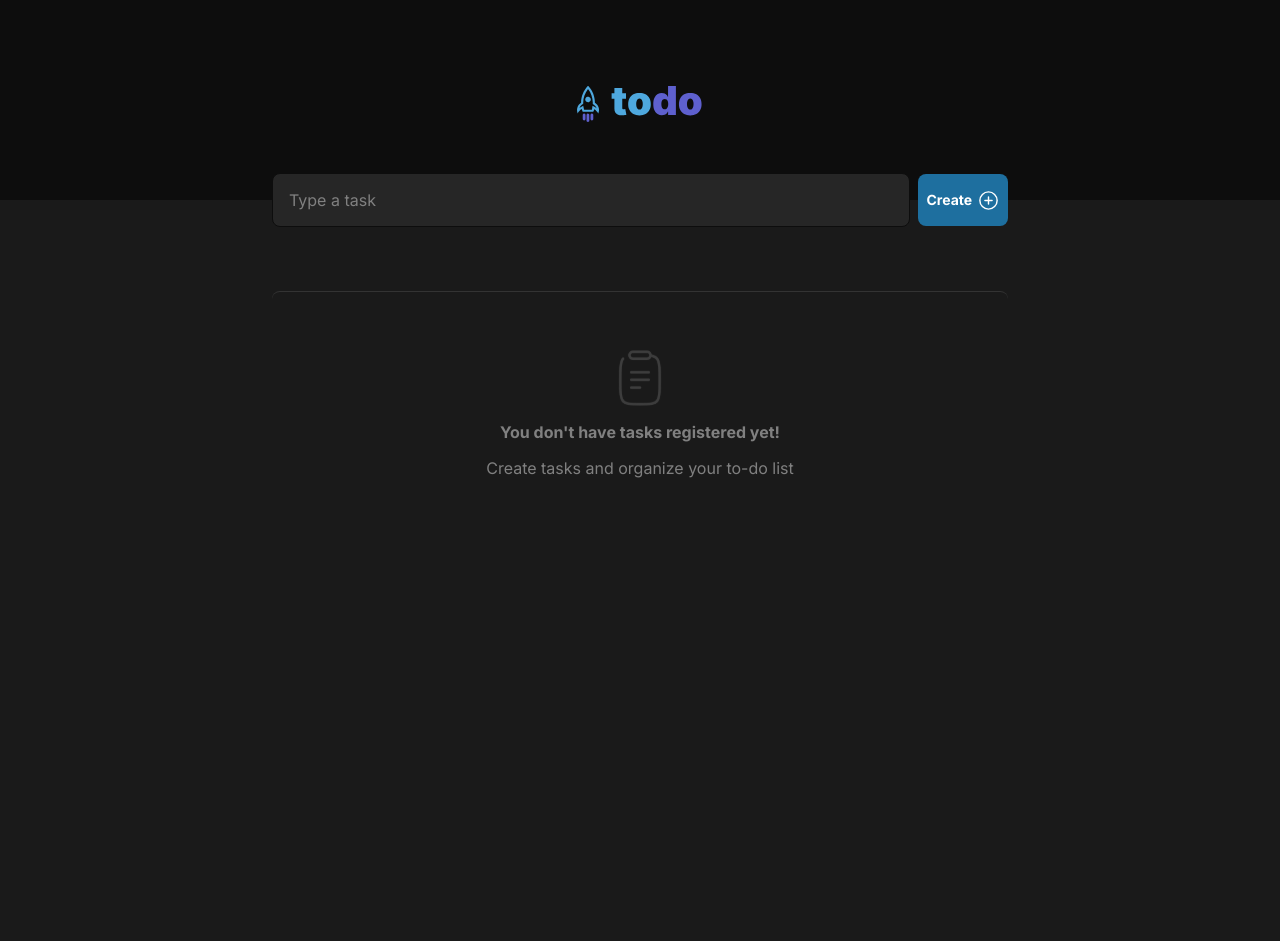
Repository: JoseGu1llardi/to-do-list-D01
Page: /
The author's editor kept a copy of each file at every save. The page is drawn from the files as they stood at one save, then again after the next save.
The browser window is 1280 px wide. The pictures show the whole page.
The project was rebuilt for these pictures with package versions that can differ from the ones it lists, and the page was loaded fresh each time. Also part of the build but not shown: vite.config.ts.

Above is the page before, as saved 2023-03-11 20:46:14.

### index.html
<!DOCTYPE html>
<html lang="en">
  <head>
    <meta charset="UTF-8" />

    <link rel="preconnect" href="https://fonts.googleapis.com" />
    <link rel="preconnect" href="https://fonts.gstatic.com" crossorigin />

    <link
      href="https://fonts.googleapis.com/css2?family=Inter:wght@400;700&display=swap"
      rel="stylesheet"
    />

    <link rel="icon" type="image/svg+xml" href="/vite.svg" />
    <meta name="viewport" content="width=device-width, initial-scale=1.0" />
    <title>Vite + React + TS</title>
  </head>
  <body>
    <div id="root"></div>
    <script type="module" src="/src/main.tsx"></script>
  </body>
</html>

### src/App.tsx
import { Header } from "./components/Header"

import styles from './App.module.css';

import "./global.css"
import { Input } from "./components/Input";
import { Button } from "./components/Button";
import { Tasks } from "./components/Tasks";

function App() {
  return (
    <>
      <Header />

      <div className={styles.newTaskContainer}>
        <Input />
        <Button />
      </div>

      <div className={styles.tasksContainer}>
        <Tasks />
      </div>
    </>
  )
}

export default App

### src/components/Header/index.tsx
import Logo from '../../assets/Logo (1).svg'

import styles from './styles.module.css';

export function Header() {
    return (
        <header className={styles.container}>
            <img src={Logo} />
        </header>
    )
}

### src/App.module.css
.newTaskContainer {
  display: flex;
  flex-direction: row;
  align-items: center;
  padding: 0px;
  gap: 8px;

  position: absolute;
  width: 46rem;
  height: 3.375rem;
  left: calc(50% - 736px / 2);
  top: 10.8125rem;
}

.tasksContainer {
  display: flex;
  flex-direction: column;
  align-items: flex-start;
  padding: 0px;
  gap: 24px;

  position: absolute;
  width: 736px;
  height: 287px;
  left: calc(50% - 736px / 2);
  top: 291px;
}

### src/global.css
:root {
  // Base
  --gray-100: #f2f2f2;
  --gray-200: #d9d9d9;
  --gray-300: #808080;
  --gray-400: #333333;
  --gray-500: #262626;
  --gray-600: #1a1a1a;
  --gray-700: #0d0d0d;

  --danger: #e25858;

  // Product
  --purple: #8284fa;
  --dark-purple: #5e60ce;
  --blue: #4ea8de;
  --dark-blue: #1e6f9f;
}

:focus {
  outline: transparent;
  box-shadow: 0 0 0 2px var(--dark-purple);
}

* {
  margin: 0;
  padding: 0;
  box-sizing: border-box;
}

body {
  color: #fff;
  background: var(--gray-600);

  width: 100%;
  height: 100%;
  max-height: 1024px;
  position: relative;
}

body,
input,
textarea,
button {
  font-family: "Inter", sans-serif;
  font-weight: 400;
  font-size: 1rem;
}

### src/components/Input/index.tsx
import styles from './styles.module.css';

export function Input() {
    return (
        <input
            type="text"
            className={styles.input}
            placeholder='Type a task'
        />
    )
}

### src/components/Button/index.tsx
import { PlusCircle } from '@phosphor-icons/react'

import styles from './styles.module.css';

export function Button() {
    return (
        <button className={styles.button}>
            <span>Create</span>
            <PlusCircle size={23} />
        </button>
    )
}

### src/components/Tasks/index.tsx
import Clipboard from '../../assets/Clipboard.svg';

import styles from './styles.module.css';

export function Tasks() {
    return (
        <>
            {/* <section className={styles.info}>

                <div className={styles.created}>
                    <span>Completed</span>
                    <div className={styles.counterCreated}>
                        <p>1</p>
                    </div>
                </div>

                <div className={styles.done}>
                    <span>Done</span>
                    <div className={styles.doneCreated}>
                        <span>0</span>
                    </div>
                </div>

            </section> */}

            <section className={styles.tasks}>
                <img src={Clipboard} alt="" />
                <strong>You don't have tasks registered yet!</strong>
                <span>Create tasks and organize your to-do list</span>
            </section>

            <section className={styles.list}>

            </section>
        </>
    )
}

### src/components/Header/styles.module.css
.container {
  position: absolute;
  height: 12.5rem;
  max-width: 100%;
  left: 0;
  right: 0;
  top: 0;

  display: flex;
  align-items: center;
  justify-content: center;

  background: var(--gray-700);
}

.container img {
  position: absolute;
  width: 7.875rem;
  height: 3rem;
}

### src/components/Input/styles.module.css
.input {
  box-sizing: border-box;

  display: flex;
  flex-direction: row;
  align-items: center;
  padding: 16px;
  gap: 8px;

  width: 638px;
  height: 54px;

  background: var(--gray-500);
  color: #fff;

  border: 1px solid var(--gray-700);
  border-radius: 8px;

  flex: none;
  order: 0;
  flex-grow: 1;
}

.input::placeholder {
  color: var(--gray-300);
}

### src/components/Button/styles.module.css
.button {
  width: 90px;
  height: 52px;

  display: flex;
  flex-direction: row;
  align-items: center;
  justify-content: center;
  gap: 16px;

  border: 0;
  border-radius: 8px;

  background: var(--dark-blue);
  color: white;

  cursor: pointer;

  transition: filter 0.2s;
}

.button span {
  width: 34px;
  height: 20px;

  font-weight: 700;
  font-size: 14px;
  line-height: 140%;

  color: var(--gray-100);

  flex: none;
  order: 0;
  flex-grow: 0;
}

.button img {
  width: 16px;
  height: 16px;

  flex: none;
  order: 1;
  flex-grow: 0;
}

.button:hover {
  background: var(--blue);
  filter: brightness(0.8);
}

### src/components/Tasks/styles.module.css
.info {
  display: flex;
  flex-direction: row;
  justify-content: space-between;
  align-items: flex-end;
  padding: 0px;

  width: 736px;
  height: 19px;

  flex: none;
  order: 0;
  align-self: stretch;
  flex-grow: 0;
}

.created {
  display: flex;
  flex-direction: row;
  align-items: center;
  padding: 0px;
  gap: 8px;

  width: 139px;
  height: 19px;

  order: 0;
  flex-grow: 0;
}

.created span {
  font-family: "Inter";
  font-style: normal;
  font-weight: 700;
  font-size: 14px;
  line-height: 17px;

  color: var(--blue);

  flex: none;
  order: 0;
  flex-grow: 0;
}

.counterCreated {
  display: flex;
  flex-direction: row;
  justify-content: center;
  align-items: center;
  padding: 2px 8px;
  gap: 10px;
  margin: 0 auto;

  width: 50px;
  height: 20px;

  background: #333333;
  border-radius: 999px;

  order: 1;
  flex-grow: 0;
}

.counterCreated p {
  display: flex;
  flex-direction: row;
  font-style: normal;
  font-weight: 700;
  font-size: 12px;
  line-height: 15px;

  color: var(--gray-200);
}

.done {
  display: flex;
  box-sizing: border-box;
  flex-direction: row;
  align-items: center;
  padding: 0px;
  gap: 8px;

  width: 111px;
  height: 19px;

  order: 1;
  flex-grow: 0;
}

.done span {
  font-family: "Inter";
  font-style: normal;
  font-weight: 700;
  font-size: 14px;
  line-height: 17px;

  color: #8284fa;

  flex: none;
  order: 0;
  flex-grow: 0;
}

.doneCreated {
  display: flex;
  flex-direction: row;
  justify-content: center;
  box-sizing: border-box;
  align-items: center;
  padding: 2px 8px;
  gap: 10px;
  margin: 0 auto;

  width: 50px;
  height: 20px;

  background: #333333;
  border-radius: 999px;

  order: 1;
  flex-grow: 0;
}

.doneCreated span {
  display: flex;
  flex-direction: row;
  font-style: normal;
  font-weight: 700;
  font-size: 12px;
  line-height: 15px;

  color: var(--gray-200);
}

.tasks {
  box-sizing: border-box;

  display: flex;
  flex-direction: column;
  justify-content: center;
  align-items: center;
  padding: 64px 24px;
  gap: 16px;

  width: 736px;
  height: 244px;

  border-top: 1px solid #333333;
  border-radius: 8px;

  flex: none;
  order: 1;
  align-self: stretch;
  flex-grow: 0;
}

.tasks img {
  width: 56px;
  height: 56px;

  flex: none;
  order: 0;
  flex-grow: 0;
}

.tasks strong {
  display: block;
  font-style: normal;
  font-weight: 700;
  font-size: 16px;

  text-align: center;

  color: var(--gray-300);

  flex: none;
  align-self: stretch;
  flex-grow: 0;
}

.tasks span {
  font-style: normal;
  font-weight: 300;
  font-size: 16px;

  color: var(--gray-300);
}

.list {
  display: flex;
  flex-direction: column;
  align-items: flex-start;
  padding: 0px;
  gap: 12px;

  width: 736px;
  height: 382px;

  /* Inside auto layout */

  flex: none;
  order: 1;
  flex-grow: 0;
}

Loaded but not shown: src/main.tsx (common file)

After the next save:
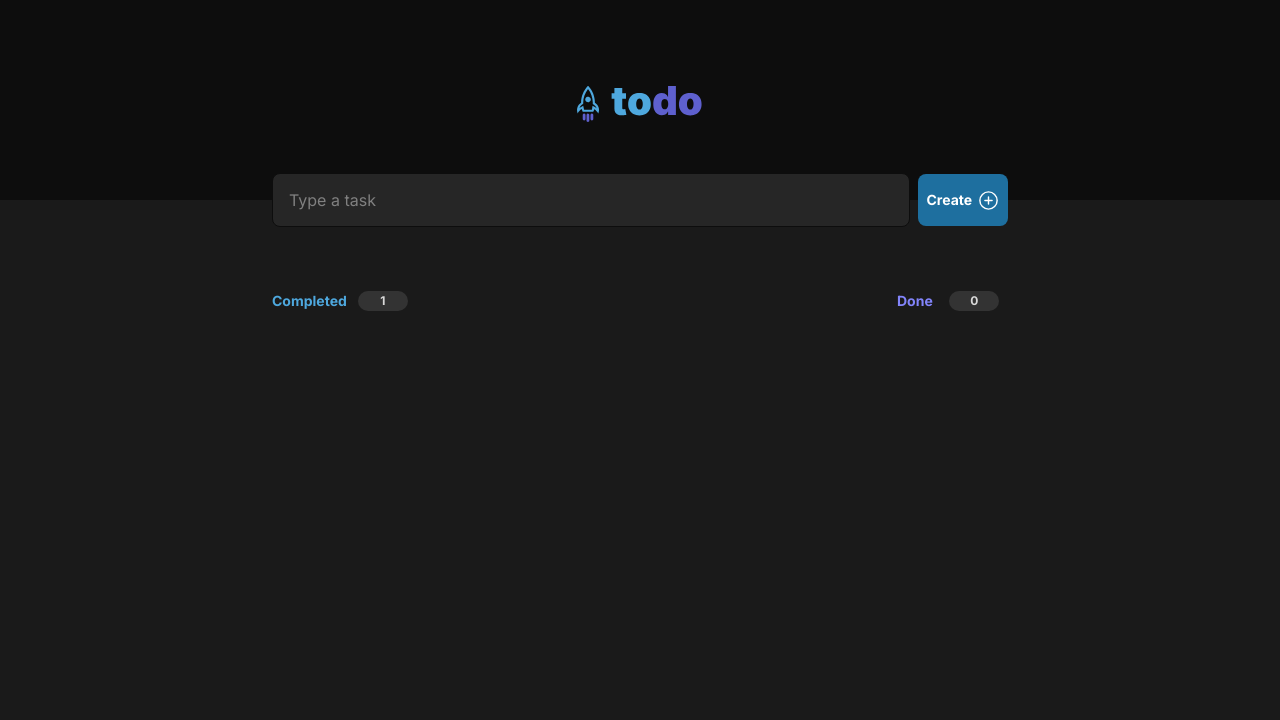
Saved 27 s later.
--- a/src/components/Tasks/index.tsx
+++ b/src/components/Tasks/index.tsx
@@ -5,7 +5,7 @@ import styles from './styles.module.css';
 export function Tasks() {
     return (
         <>
-            {/* <section className={styles.info}>
+            <section className={styles.info}>
 
                 <div className={styles.created}>
                     <span>Completed</span>
@@ -21,13 +21,13 @@ export function Tasks() {
                     </div>
                 </div>
 
-            </section> */}
+            </section>
 
-            <section className={styles.tasks}>
+            {/* <section className={styles.tasks}>
                 <img src={Clipboard} alt="" />
                 <strong>You don't have tasks registered yet!</strong>
                 <span>Create tasks and organize your to-do list</span>
-            </section>
+            </section> */}
 
             <section className={styles.list}>
 
